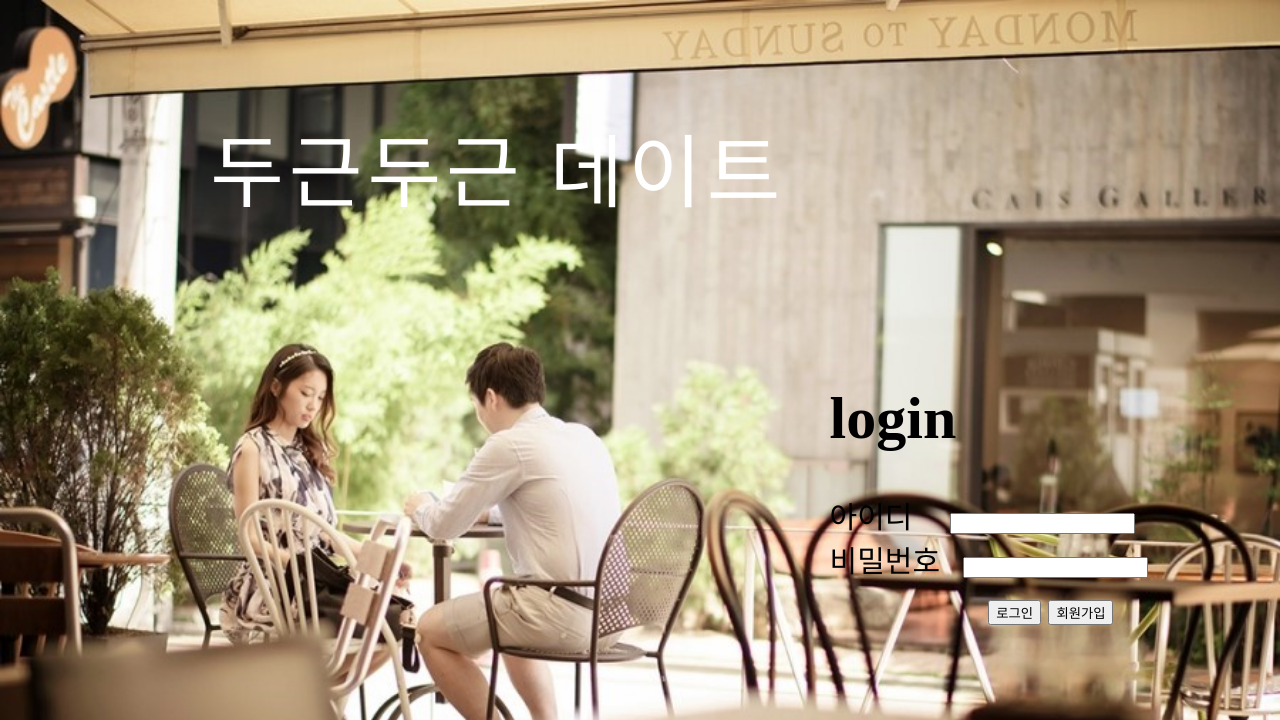
Repository: pinokio531/date_application
Page: http://localhost/doogeunDate/indexPage.jsp
The author's editor kept a copy of each file at every save. The page is drawn from the files as they stood at one save, then again after the next save.
The browser window is 1280 px wide. The pictures show the whole page.
Some web fonts or font styles are not loaded; a fallback is used. The page is served by Tomcat 9.

Above is the page before, as saved 2019-06-04 10:13:30.

After the next save:
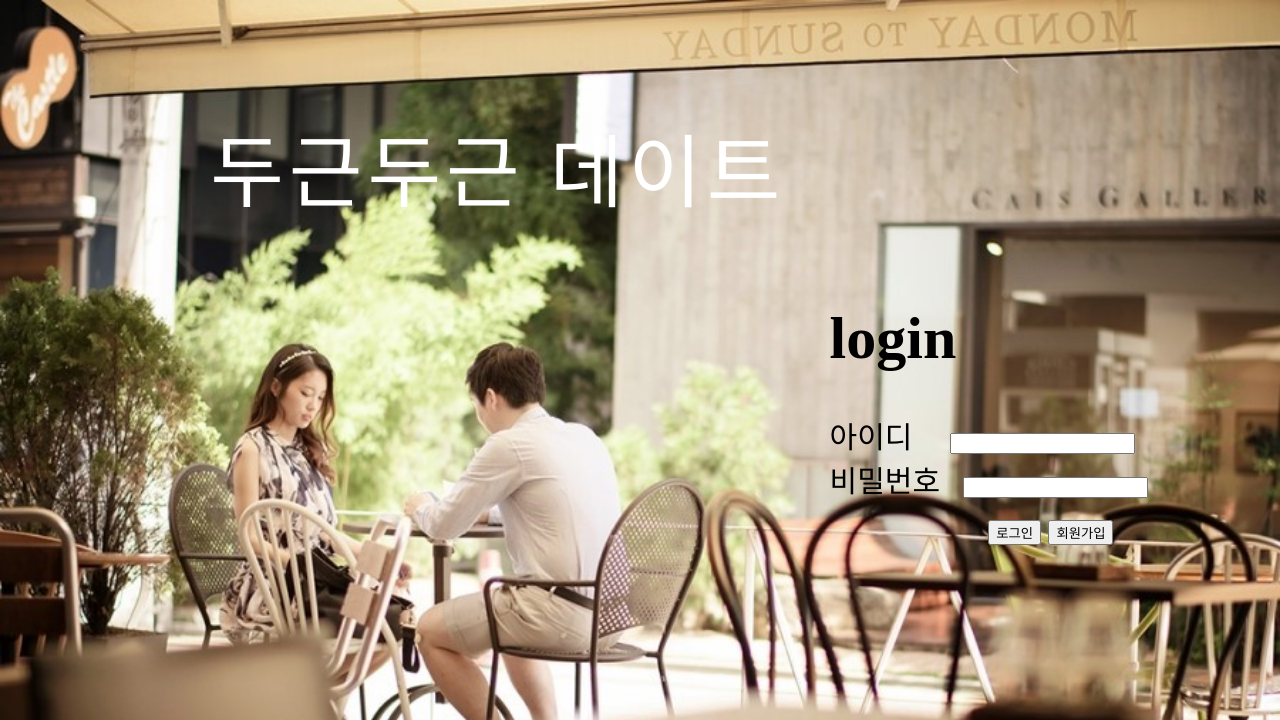
Saved 35 s later.
--- a/doogeunDate/WebContent/style/index.css
+++ b/doogeunDate/WebContent/style/index.css
@@ -13,7 +13,7 @@ body{
 }
 
 #pp{
-	padding-bottom:40px;
+	margin-bottom:40px;
 }
 
 
